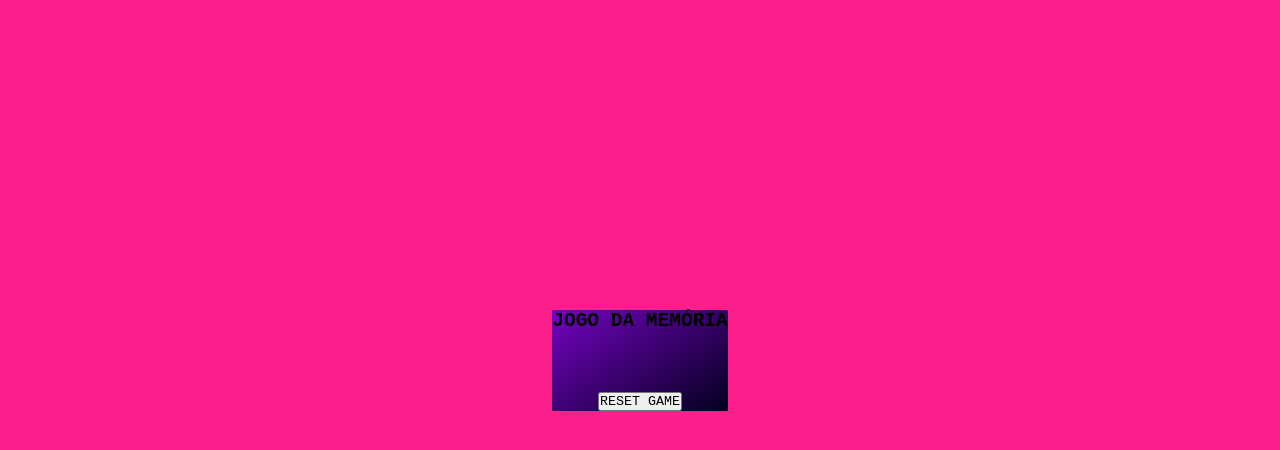
Repository: gustavotwist/memory-game
Page: index.html
These files come from the project's save history. The page is drawn as it stood at one moment and after a run of saves; the edit follows.
The browser window is 1280 px wide. The pictures show the whole page.

Above is the page before, as saved 2024-10-14 21:57:37.

After the next 2 saves:
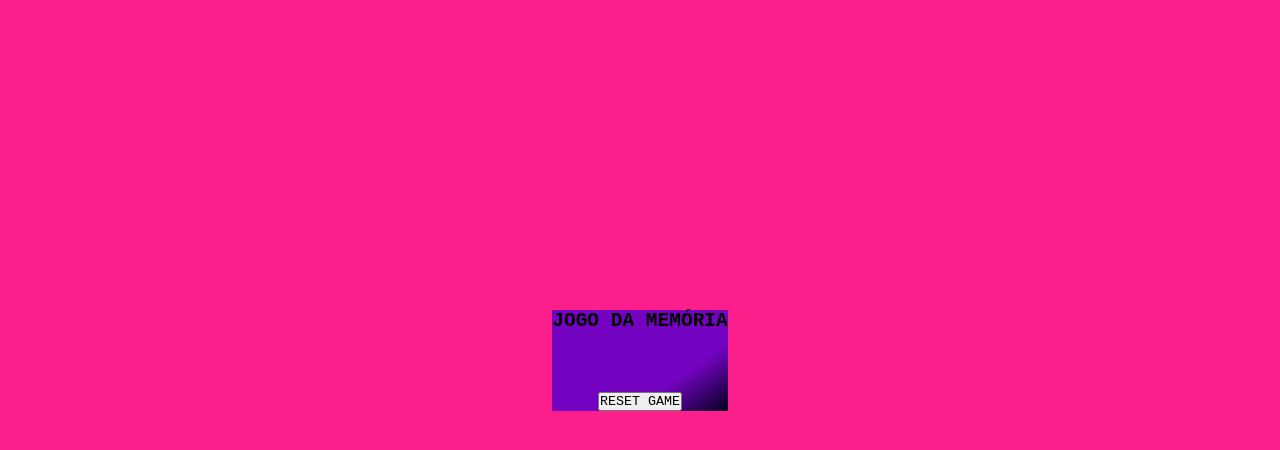
The 2 saves are shown as one change because they came seconds apart.
The last was saved 17 s later.
--- a/src/styles/main.css
+++ b/src/styles/main.css
@@ -13,5 +13,5 @@ body {
     justify-content: center;
     align-items: center;
     gap: 30px;
-    background: linear-gradient(325deg, #03001e 0%, #7303c0);
+    background: linear-gradient(325deg, #03001e 0%, #7303c0 30%);
 }
